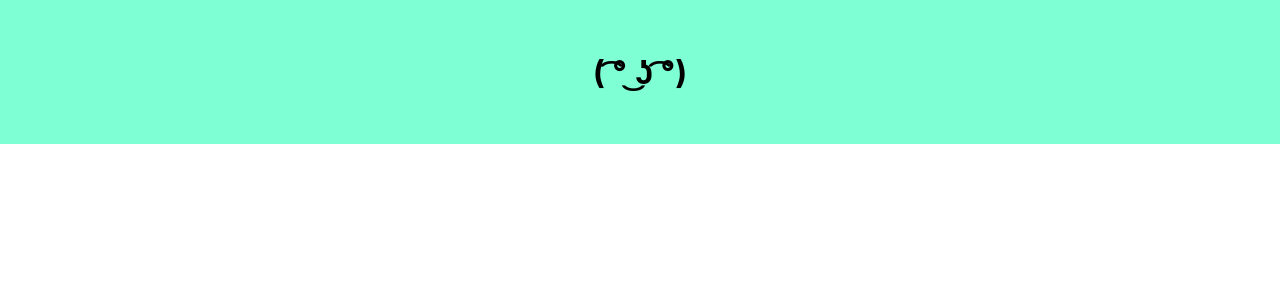
Repository: ogigg/react-Lenny-generator
Page: / (app in lenny-generator/)
These files come from the project's save history. The page is drawn as it stood at one moment and after the next save; the edit follows.
The browser window is 1280 px wide. The pictures show the whole page.
The project was rebuilt for these pictures with package versions that can differ from the ones it lists, and the page was loaded fresh each time.

Above is the page before, as saved 2019-12-12 15:25:24.

### lenny-generator/src/App.js
import React, { Component } from "react";
import Button from "@material-ui/core/Button"
import './App.css';
import Lenny from './lennyComponent'
class App extends Component {
  constructor(props) {
    super(props);
    this.state = {
      lennyFace : "( ͡° ͜ʖ ͡°)"
    };
  }
  render(){
  return (
    <div className="menu-wrapper">
      <Lenny lenny={this.state.lennyFace}/>
      {/* <Button variant="contained" color="primary">
      {this.state.lennyFace}
      </Button> */}
    </div>

  );
  }
}

export default App;

### lenny-generator/src/App.css
.menu-wrapper{
  background-color: aquamarine;
  height: 20vh;
  width: 100vw;
  display: flex;
  align-items: center;
  justify-content: center;
}

### lenny-generator/src/lennyComponent.jsx
import React, { Component } from 'react';


class Lenny extends Component {
    constructor(props) {
        super(props);
    }

  render() {
    return(
        <h1>
            {this.props.lenny}
        </h1>
    );
  }
}




export default Lenny; // Don’t forget to use export default!

Loaded but not shown: lenny-generator/public/index.html (common file); lenny-generator/src/index.js (common file); lenny-generator/src/index.css (common file); lenny-generator/src/serviceWorker.js (common file)

After the next save:
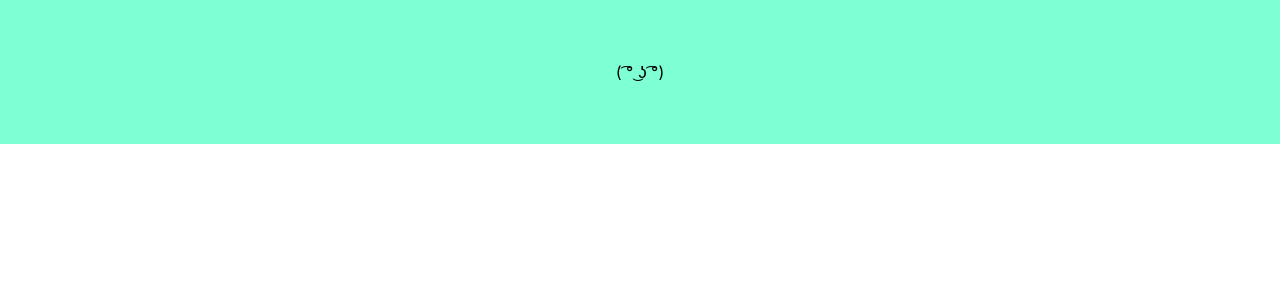
Saved 16 s later.
--- a/lenny-generator/src/lennyComponent.jsx
+++ b/lenny-generator/src/lennyComponent.jsx
@@ -8,9 +8,9 @@
 
   render() {
     return(
-        <h1>
+        <div className="lenny">
             {this.props.lenny}
-        </h1>
+        </div>
     );
   }
 }
